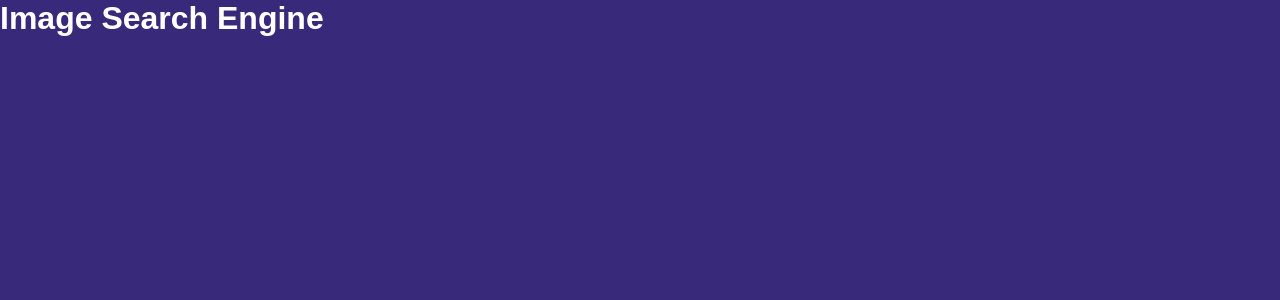
Repository: AbdullahOwais-Dev/Image-Search-App
Page: index.html
These files come from the project's save history. The page is drawn as it stood at one moment and after a run of saves; the edit follows.
The browser window is 1280 px wide. The pictures show the whole page.

Above is the page before, as saved 2025-02-09 00:12:08.

### index.html
<!DOCTYPE html>
<html lang="en">
<head>
    <meta charset="UTF-8">
    <meta name="viewport" content="width=device-width, initial-scale=1.0">
    <link rel="stylesheet" href="style.css">
    <link rel="shortcut icon" href="icon.png" type="image/x-icon">
    <title>Image Search</title>
</head>
<body>

    <h1>Image Search Engine</h1>

</body>
</html>

### style.css
*{
    margin: 0;
    padding: 0;
    box-sizing: border-box;
    font-family: 'poppins', sans-serif;
}
body{
    background: #39297b;
    color: #fff;
}
h1{

}

After the next 4 saves:
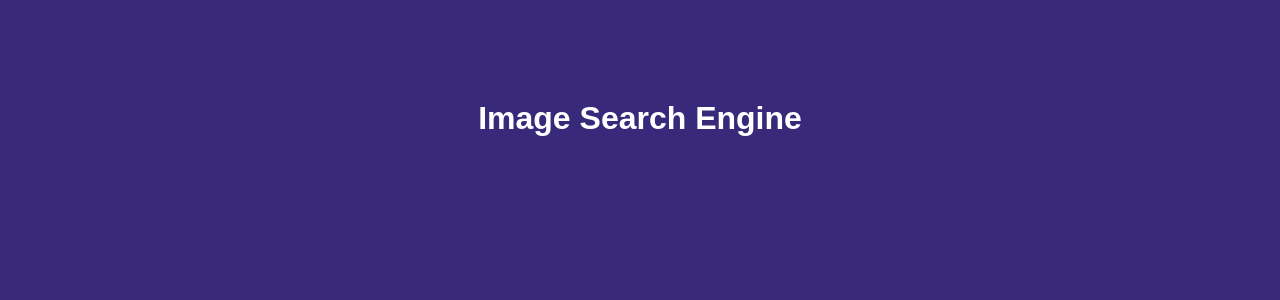
The 4 saves are shown as one change because they came seconds apart.
The last was saved 9 s later.
--- a/style.css
+++ b/style.css
@@ -9,5 +9,6 @@
     color: #fff;
 }
 h1{
-
+    text-align: center;
+    margin: 100px;
 }
